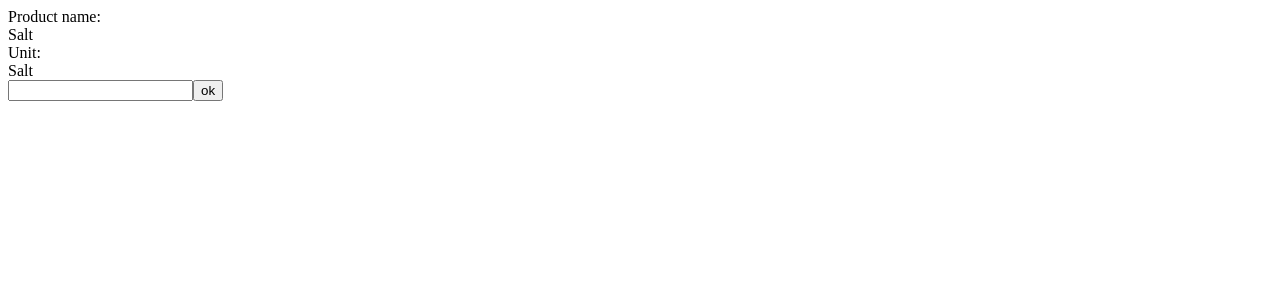
Repository: OlexandraKovach2/Vue
Page: / (app in vuexam/brila-exam/)
These files come from the project's save history. The page is drawn as it stood at one moment and after the next save; the edit follows.
The browser window is 1280 px wide. The pictures show the whole page.
The project was rebuilt for these pictures with package versions that can differ from the ones it lists, and the page was loaded fresh each time. Also part of the build but not shown: vuexam/brila-exam/vue.config.js.

Above is the page before, as saved 2022-11-08 21:38:18.

### vuexam/brila-exam/src/main.js
import { createApp } from 'vue'
import App from './App.vue'
import store from '@/store'

createApp(App).use(store).mount('#app')

### vuexam/brila-exam/src/App.vue
<template>
  <div>
    <ObjectTable :listData="list"/>
    <input type="test" v-model="ok"/>
    <button @click="changeName(ok)">ok</button>
  </div>
</template>

<script>
  import { mapGetters, mapActions } from 'vuex';
  import ObjectTable from "./components/ObjectTable";
  export default {
    name: "App",
    components: {
      ObjectTable,
    },
    computed: {
      ...mapGetters(['list']),
    },
    methods: {
      ...mapActions(['changeName']),

    }

  }
</script>

<style lang="scss" scoped>

</style>

### vuexam/brila-exam/src/store/index.js
import {createStore} from 'vuex'

const store = createStore({
    state: {
        list: [
            {
                id: 1,
                name: "Salt",
                unit: "Gram",
                count: "300",
                cost: 30
            }
        ]
    },
    getters: {
        list: state => {
            return state.list;
        }
    },
});

export default store;

### vuexam/brila-exam/src/components/ObjectTable/index.vue
<template>
    <div>
        <ObjectBase v-for="item in listData"
        :key="item.id"
        :id="item.id"
        :name="item.name"
        :unit="item.unit"
        :count="item.count"
        :cost="item.cost"
        />
    </div>
</template>

<script>
    import ObjectBase from "./ObjectBase.vue"
    export default {
        name: "ObjectTable",
        components: {
            ObjectBase,
        },
        props: {
            listData: {
                type: Array,
                default: () => []
            },
        },
    }
</script>

<style lang="scss" scoped>

</style>

### vuexam/brila-exam/src/components/ObjectTable/ObjectBase.vue
<template>
    <div>
        <div class="info-row">
            <div>Product name:</div>
            <div>{{name}}</div>
        </div>
        <div class="info-row">
            <div>Unit:</div>
            <div>{{name}}</div>
        </div>
    </div>
</template>

<script>
    import { mapGetters } from 'vuex'
    export default {
        name: "ObjectBase",
        computed: {
        ...mapGetters(['list']),
        },
        props: {
            id: {
                type: Number,
                default: 0
            },
            name: {
                type: String,
                default: "None name"
            },
            unit: {
                type: String,
                default: "kilo"
            },
            count: {
                type: Number,
                default: 1
            },
            cost: {
                type: Number,
                default: 10
            }
        },
    }
</script>

<style lang="scss" scoped>

</style>

Loaded but not shown: vuexam/brila-exam/public/index.html (common file)

After the next save:
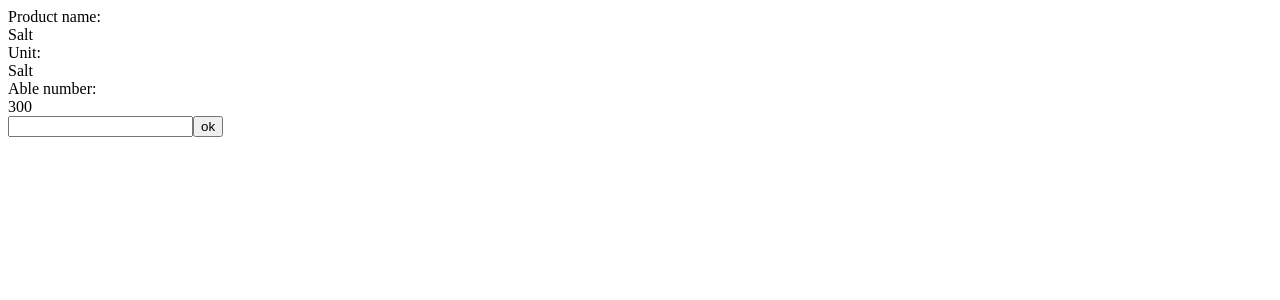
Saved 33 s later.
--- a/vuexam/brila-exam/src/components/ObjectTable/ObjectBase.vue
+++ b/vuexam/brila-exam/src/components/ObjectTable/ObjectBase.vue
@@ -7,6 +7,10 @@
         <div class="info-row">
             <div>Unit:</div>
             <div>{{name}}</div>
+        </div>
+        <div class="info-row">
+            <div>Able number:</div>
+            <div>{{count}}</div>
         </div>
     </div>
 </template>
